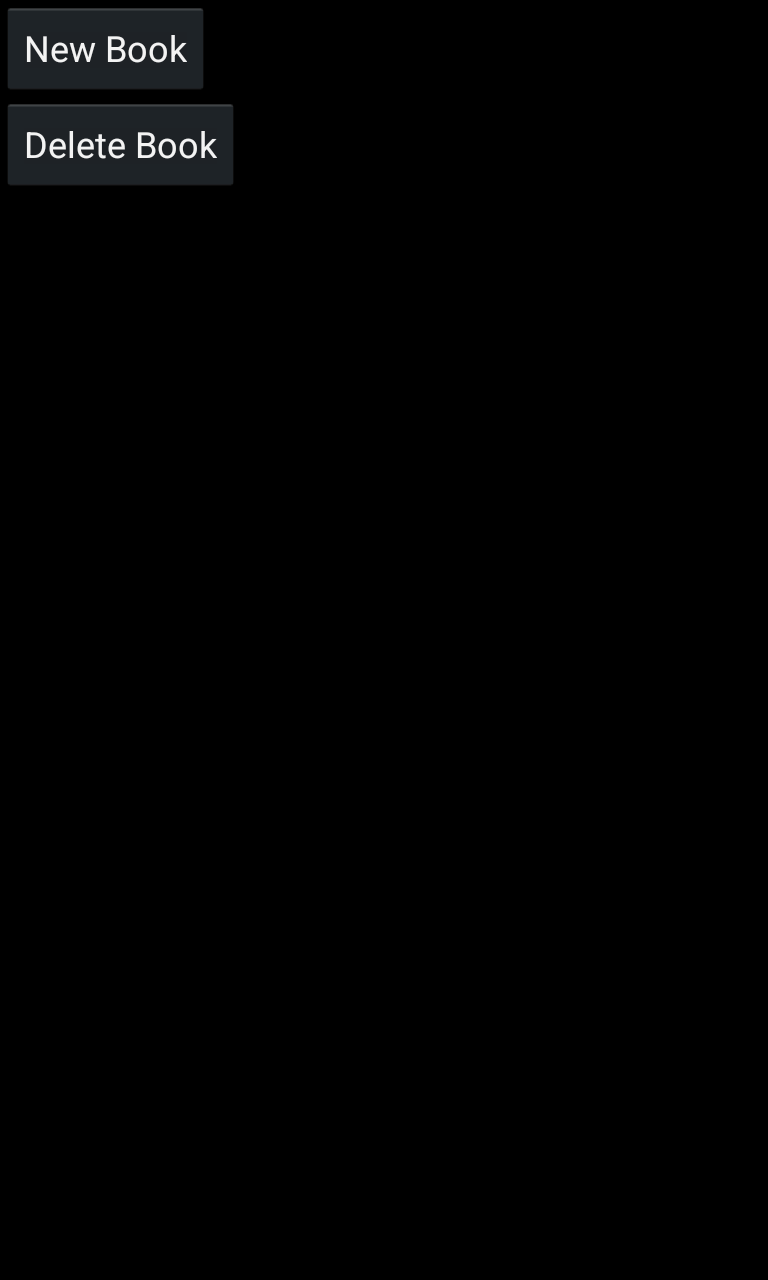
Repository: ringe/andra
Layout: Bookie/res/layout/list.xml
The author's editor kept a copy of each file at every save. The layout is drawn from the files as they stood at one save, then again after the next save.
It is drawn on a 768 x 1280 px phone screen (xhdpi) without system bars, with theme android:Theme.Holo; the app's code is not run. Lists and similar views that code fills are empty.

Above is the layout before, as saved 2012-02-28 14:16:36.

### Bookie/res/layout/list.xml
<?xml version="1.0" encoding="utf-8"?>
<LinearLayout xmlns:android="http://schemas.android.com/apk/res/android"
    android:layout_width="fill_parent"
    android:layout_height="fill_parent"
    android:orientation="vertical" >

    <Button
        android:id="@+id/newbook"
        android:layout_width="wrap_content"
        android:layout_height="wrap_content"
        android:text="New Book" />

    <Button
        android:id="@+id/deletebook"
        android:layout_width="wrap_content"
        android:layout_height="wrap_content"
        android:text="Delete Book" />

    <ListView
        android:id="@+id/booklist"
        android:layout_width="match_parent"
        android:layout_height="wrap_content" >
    </ListView>

</LinearLayout>

After the next save:
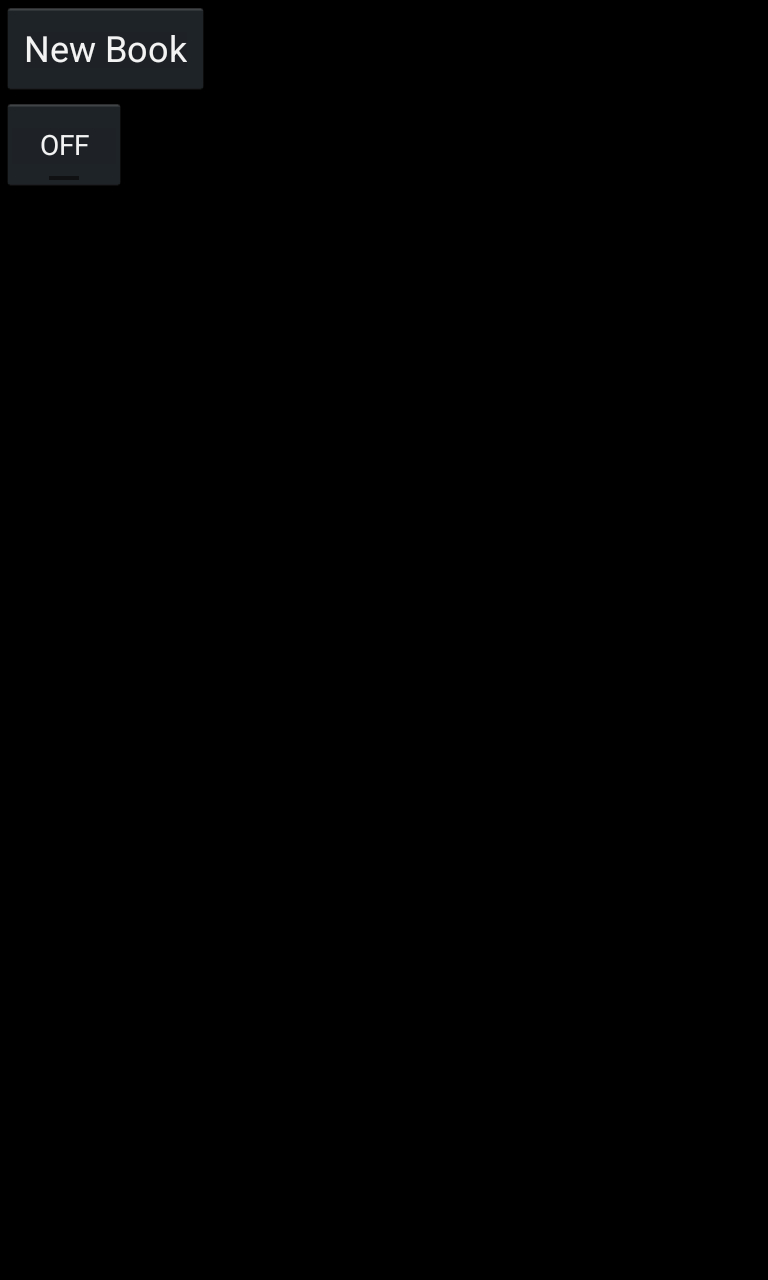
Saved 7 min 6 s later.
--- a/Bookie/res/layout/list.xml
+++ b/Bookie/res/layout/list.xml
@@ -10,7 +10,7 @@
         android:layout_height="wrap_content"
         android:text="New Book" />
 
-    <Button
+    <ToggleButton
         android:id="@+id/deletebook"
         android:layout_width="wrap_content"
         android:layout_height="wrap_content"
